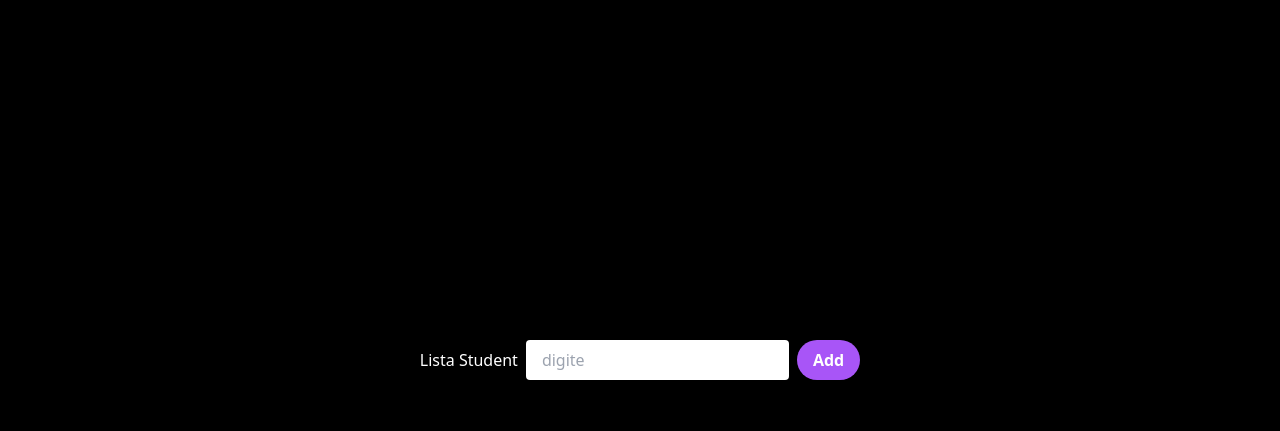
Repository: LuisSempre/FundamentosReact
Page: /
These files come from the project's save history. The page is drawn as it stood at one moment and after the next save; the edit follows.
The browser window is 1280 px wide. The pictures show the whole page.
The project was rebuilt for these pictures with package versions that can differ from the ones it lists, and the page was loaded fresh each time. Also part of the build but not shown: vite.config.js, src/components/Card.jsx.

Above is the page before, as saved 2022-06-28 18:19:29.

### src/main.jsx
import React from 'react'
import ReactDOM from 'react-dom/client'
import { Home } from './pages/Home'
import './index.css'

ReactDOM.createRoot(document.getElementById('root')).render(
  <React.StrictMode>
    <Home />
  </React.StrictMode>
)

### src/pages/Home.jsx
import { useState } from "react";
import { Card } from "../components/Card";

export function Home() {
  const [student, setStudent] = useState("Student");
  const [students, setStudents] = useState([]);

  function studentAdd() {
    const newStudent = {
      name: student,
      time: new Date().toLocaleDateString("pt-br", {
        hour: "2-digit",
        minute: "2-digit",
        second: "2-digit",
      }),
    };
    setStudents((prevState) => [...prevState, newStudent]);
  }
  return (
    <div className="flex items-center justify-center min-h-screen space-x-2">
      <div>
        <h1>Lista {student} </h1>
      </div>
      <div>
        <input
          onChange={(e) => setStudent(e.target.value)}
          className="px-4 py-2 text-black bg-white rounded"
          type="text"
          placeholder="digite"
        />
      </div>
      <div>
        <button
        className="px-4 py-2 font-bold bg-purple-500 rounded-full"
        onClick={studentAdd}>Add</button>
        {students.map((student) => (
          <Card name={student.name} time={student.time} />
        ))}
      </div>
    </div>
  );
}

### src/index.css
@tailwind base;
@tailwind components;
@tailwind utilities;

* {
    @apply bg-black text-white;
}

Loaded but not shown: index.html (common file); tailwind.config.js (common file)

After the next save:
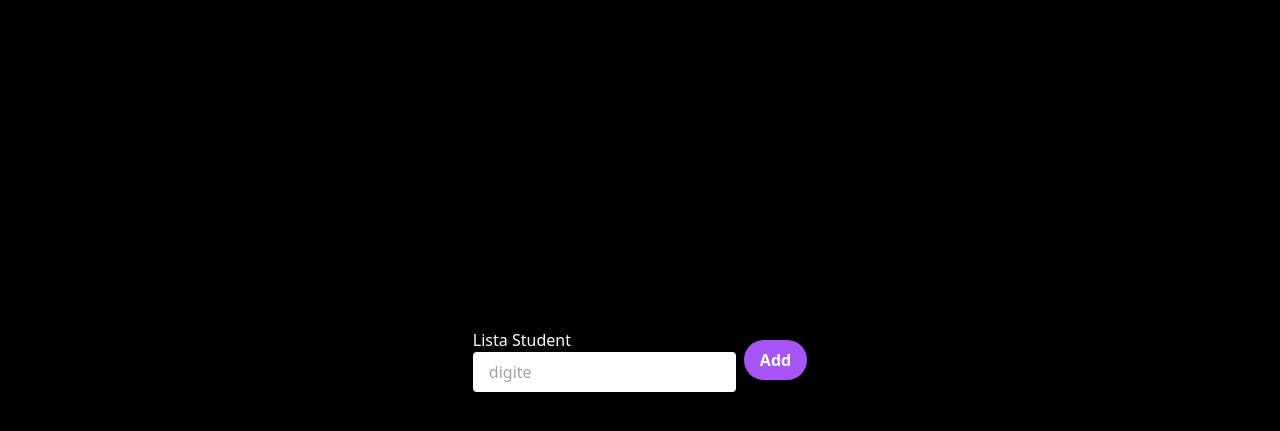
Saved 24 s later.
--- a/src/pages/Home.jsx
+++ b/src/pages/Home.jsx
@@ -20,8 +20,7 @@ export function Home() {
     <div className="flex items-center justify-center min-h-screen space-x-2">
       <div>
         <h1>Lista {student} </h1>
-      </div>
-      <div>
+
         <input
           onChange={(e) => setStudent(e.target.value)}
           className="px-4 py-2 text-black bg-white rounded"
